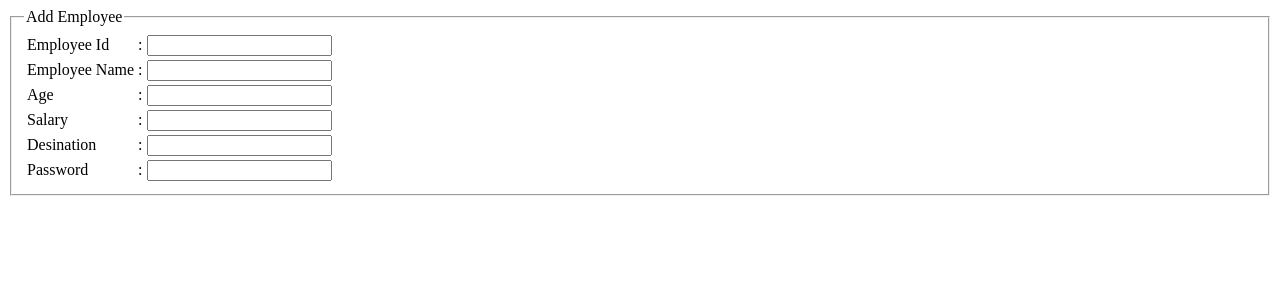
Repository: sunilbiradar179/TY_CG_HTD_BangaloreNovember_JFS_SunilBiradar
Page: Back End/Servlets/mywebapp/src/main/webapp/addEmpForm.html
These files come from the project's save history. The page is drawn as it stood at one moment and after the next save; the edit follows.
The browser window is 1280 px wide. The pictures show the whole page.

Above is the page before, as saved 2019-12-17 09:43:52.

### Back End/Servlets/mywebapp/src/main/webapp/addEmpForm.html
<!DOCTYPE html>
<html>
<head>
<meta charset="ISO-8859-1">
<title>Insert title here</title>
</head>
<body>
	<fieldset>
	<legend>Add Employee</legend>
	<form action="./addEmployee"method="post">
		<table>
		<tr>
		<td>Employee Id</td>
		<td>:</td>
		<td><input type="number" name="empId" required>
		</tr>
		<tr>
		<td>Employee Name</td>
		<td>:</td>
		<td><input type="text" name="name" required>
		</tr>
		<tr>
		<td>Age</td>
		<td>:</td>
		<td><input type="number" name="age" required>
		</tr>
		<tr>
		<td>Salary</td>
		<td>:</td>
		<td><input type="number" name="salary" required>
		</tr>
		<tr>
		<td>Desination</td>
		<td>:</td>
		<td><input type="text" name="designation" required>
		</tr>
		<tr>
		<td>Password</td>
		<td>:</td>
		<td><input type="password" name="password" required>
		</tr>

		</table>
	</form>
	</fieldset>
</body>
</html>

After the next save:
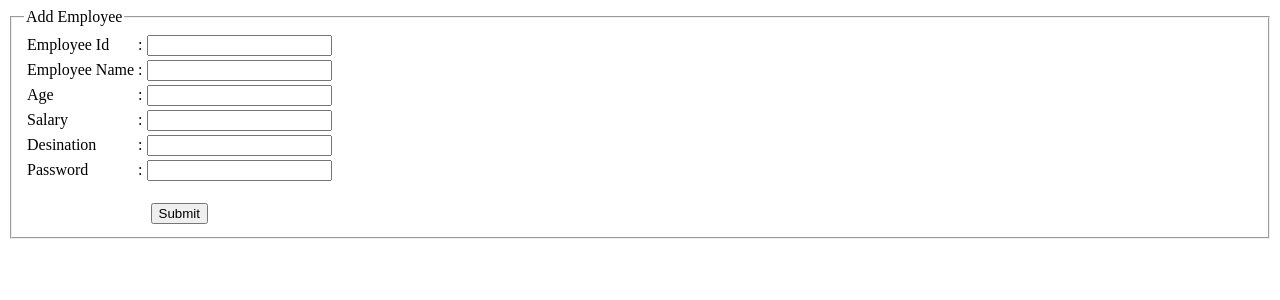
Saved 2 min 30 s later.
--- a/Back End/Servlets/mywebapp/src/main/webapp/addEmpForm.html
+++ b/Back End/Servlets/mywebapp/src/main/webapp/addEmpForm.html
@@ -40,6 +40,10 @@
 		<td><input type="password" name="password" required>
 		</tr>
 
+		<tr>
+		<td colspan="3" align="center"> <br><input type="submit" name="Add">
+		</tr>
+
 		</table>
 	</form>
 	</fieldset>
